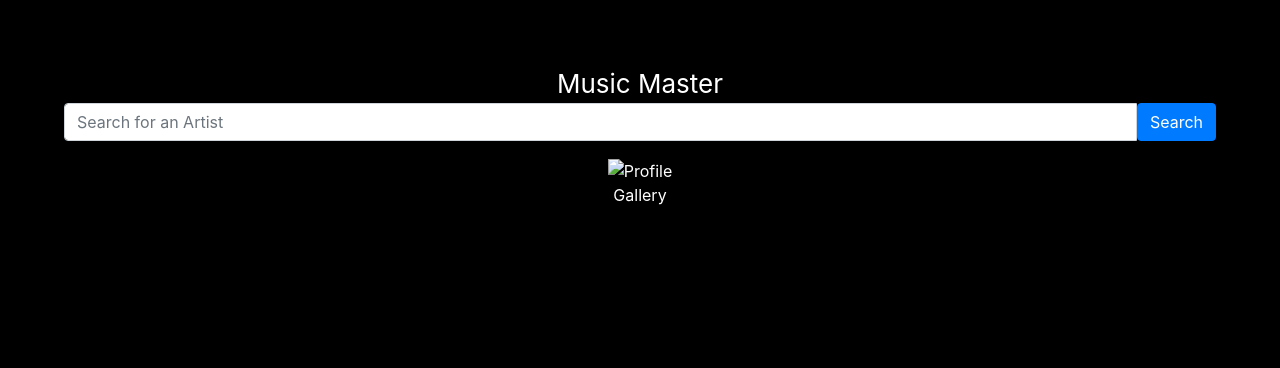
Repository: the-manohar/music
Page: /
An editor plug-in stored every save of this project. The page is shown before and after the next save, followed by the edit.
The browser window is 1280 px wide. The pictures show the whole page.
The project was rebuilt for these pictures with package versions that can differ from the ones it lists, and the page was loaded fresh each time.

Above is the page before, as saved 2020-07-19 15:11:38.

After the next save:
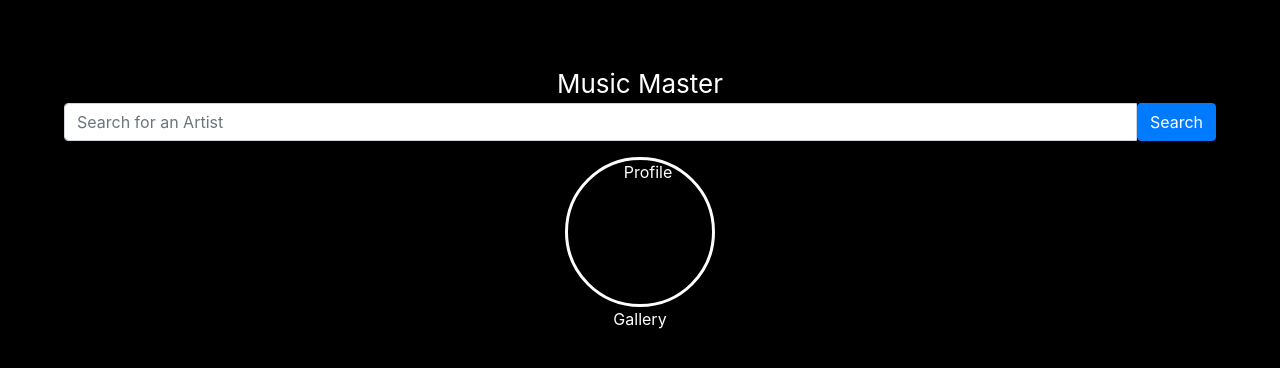
Saved 4 min 4 s later.
--- a/src/App.css
+++ b/src/App.css
@@ -10,3 +10,22 @@ body {
 .App-title {
   font-size: 26px;
 }
+
+.profile{
+  display: flex;
+  justify-content: center;
+}
+.profile-img{
+  width: 150px;
+  height: 150px;
+  border: 3px solid #fff;
+  border-radius: 75px;
+  object-fit: cover;
+}
+.profile-name{
+  font-size: : 26px;
+}
+
+.profile-followers,.profile-genres{
+  font-size: 18px;
+}
